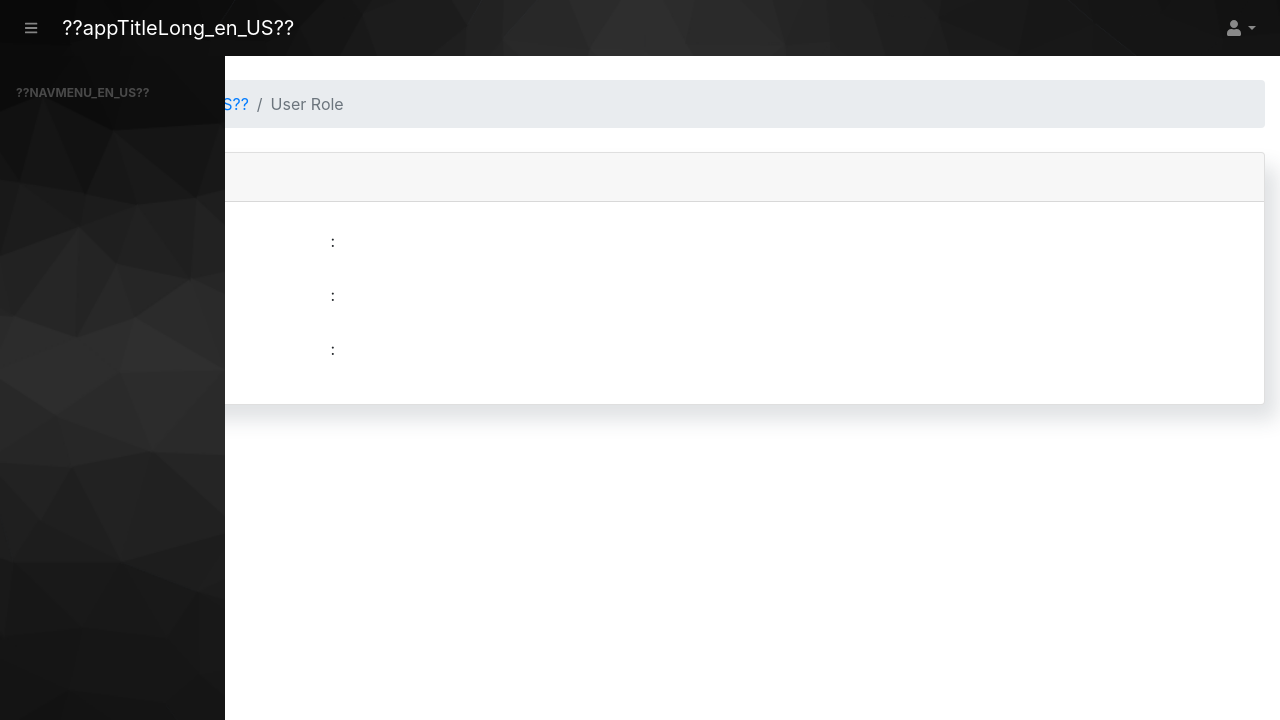
Repository: limaknima/kmy-pdfs
Page: http://localhost/base/admin/userRole/viewUserRole
The author's editor kept a copy of each file at every save. The page is drawn from the files as they stood at one save, then again after the next save.
The browser window is 1280 px wide. The pictures show the whole page.
The page is this project's Thymeleaf template; nobody is signed in. The template is opened directly, without the code that normally fills it, so the values that code supplies are empty.

Above is the page before, as saved 2023-08-02 03:43:33.

### pfc-parent/pfc-web/src/main/resources/templates/base/admin/userRole/viewUserRole.html
<!DOCTYPE html>
<html xmlns:th="http://www.thymeleaf.org">
<head>
<title>PFC - View Role</title>
<link rel="icon" type="image/ico" th:href="@{/static/favicon.ico}">
<link rel="stylesheet" type="text/css" th:href="@{/css/styles.css}" />
<link rel="stylesheet" href="https://stackpath.bootstrapcdn.com/bootstrap/4.1.3/css/bootstrap.min.css">

<script src="https://cdnjs.cloudflare.com/ajax/libs/font-awesome/5.15.1/js/all.min.js"></script>
<script src="https://code.jquery.com/jquery-3.5.1.min.js"></script>
<script src="https://cdn.jsdelivr.net/npm/bootstrap@4.5.3/dist/js/bootstrap.bundle.min.js"></script>

</head>
<body class="sb-nav-fixed">
	<div th:replace="/header :: navBar"></div>
	<div id="layoutSidenav">
		<div th:replace="/header :: sideNavBar"></div>
		<div id="layoutSidenav_content">
			<main>
				<div class="container-fluid" id="content">
					<br />
					<ol class="breadcrumb mb-4">
						<li class="breadcrumb-item active" ><a th:href="@{/}"><i class="fa fa-home"></i></a></li>
						<li class="breadcrumb-item active" ><a th:href="@{/menu/adminMenu}"><span th:text="#{menuAdmin}"></span></a></li>
						<li class="breadcrumb-item active" >User Role</li>
					</ol>
					<form>
						<div class="card">
							<div class="card-header">
								View User Role Form
							</div>
							<div class="card-body">

								<div class="form-group row">
									<label class="col-sm-3 col-form-label">Role ID</label>
									<label class="col-form-label">:</label>
									<div class="row col-sm-6">
										<div class="col">
											<p class="form-control-plaintext" id="roleId" th:text="${roleId}"> </p>
										</div>
									</div>
								</div>

								<div class="form-group row">
									<label class="col-sm-3 col-form-label">Role Name</label>
									<label class="col-form-label">:</label>
									<div class="row col-sm-6">
										<div class="col">
											<p class="form-control-plaintext" id="roleName" th:text="${roleName}"> </p>
										</div>
									</div>
								</div>

								<div class="form-group row">
									<label class="col-sm-3 col-form-label">Description</label>
									<label class="col-form-label">:</label>
									<div class="row col-sm-8">
										<div class="col">
											<p class="form-control-plaintext" id="roleDesc" th:text="${roleDesc}"> </p>
										</div>
									</div>
								</div>
							</div>
						</div>

						<div class="form-group row" th:if="${createdInfo}">
							<div class="row col-sm-12">
								<div class="col">
									<a style="float: left;" th:text="${createdInfo}"></a> <a
										style="float: right; margin-right: -30px;"
										th:text="${modifiedInfo}"></a>
								</div>
							</div>
						</div>

						<div class="form-group row col-sm-3">
							<a class="btn btn-primary"style="margin-right: 5px; width: 90px;"
								th:href="@{/base/admin/userRole/editUserRole(roleId=${roleId})}">
									Edit</a>
							<a type="button" class="btn btn-primary" th:href="@{/base/admin/userRole/listUserRole}" style="width: 90px;">
								Cancel</a>
						</div>
					</form>
				</div>
			</main>
		</div>
	</div>

	<script type="text/javascript">
	</script>
	<script type="text/javascript" src="../../../js/scripts.js"></script>

</body>
</html>

### pfc-parent/pfc-web/src/main/resources/templates/header.html
<html xmlns:th="http://www.thymeleaf.org">

<!----- Header Start ------>
<head th:fragment="header">
    <title>PFC</title>
	<link rel="icon" type="image/ico" th:href="@{/static/favicon.ico}">
    <link rel="stylesheet" type="text/css" th:href="@{/css/styles.css}" />
    <link rel="stylesheet" href="https://stackpath.bootstrapcdn.com/bootstrap/4.1.3/css/bootstrap.min.css">
    <link rel="stylesheet" type="text/css" href="//cdn.datatables.net/1.10.20/css/dataTables.material.css">
    <script src="https://cdnjs.cloudflare.com/ajax/libs/font-awesome/5.15.1/js/all.min.js"></script>
    <script src="https://ajax.googleapis.com/ajax/libs/jquery/3.5.1/jquery.min.js"></script>
</head>
<!----- Header End ------>


<!----- Top Navigation Bar Start ------>
<nav class="sb-topnav navbar navbar-expand navbar-dark bg-dark background-pic-head" th:fragment="navBar">
    <button class="btn btn-link btn-sm order-1 order-lg-0" id="sidebarToggle">
        <i class="fas fa-bars"></i>
    </button>
    <a class="navbar-brand" th:href="@{/}" th:text="#{appTitleLong}"></a>

    <form class="d-none d-md-inline-block form-inline ml-auto mr-0 mr-md-3 my-2 my-md-0">
        <a class="text-white" th:text="${loggedUser}"></a>
    </form>

    <ul class="navbar-nav ml-auto ml-md-0">
        <li class="nav-item dropdown"><a class="nav-link dropdown-toggle" id="userDropdown" href="#" role="button"
                data-toggle="dropdown" aria-haspopup="true" aria-expanded="false"><i class="fas fa-user fa-fw"></i></a>
            <div class="dropdown-menu dropdown-menu-right" aria-labelledby="userDropdown">
            <a class="dropdown-item" th:href="@{/base/tray/myTask}" th:if="${M101}" th:text="#{menuTask}"></a>
                <a class="dropdown-item" th:href="@{/base/tray/notificationList}" th:if="${M102}" th:text="#{menuNotification}"></a>
                <a class="dropdown-item" th:href="@{/base/tray/myProfile}" th:if="${M103}" th:text="#{menuMyProfile}"></a>
                <div class="dropdown-divider"></div>
                <form th:action="@{/logout}" method="post">
					<button class="btn dropdown-item" type="submit" th:text="#{btnLogout}"></button>
				</form>
            </div>
        </li>
    </ul>
</nav>
<!----- Top Navigation Bar End ------>


<!----- Side Navigation Bar Start ------>
<div id="layoutSidenav_nav" th:fragment="sideNavBar">
    <nav class="sb-sidenav accordion sb-sidenav-dark background-pic-side" id="sidenavAccordion">
        <div class="sb-sidenav-menu">
            <div class="nav">
                <div class="sb-sidenav-menu-heading" th:text="#{navMenu}"></div>
                 <a class="nav-link" th:href="@{/menu/prodFileMenu}" th:if="${M1200}">
                    <div class="sb-nav-link-icon">
                        <i class="fas fa-folder-open"></i>
                    </div> <span th:text="#{menuProdFile}"></span>
                </a>
                <a class="nav-link" th:href="@{/menu/regulationMenu}" th:if="${M200}">
                    <div class="sb-nav-link-icon">
                        <i class="fas fa-folder-open"></i>
                    </div> <span th:text="#{menuReg}"></span>
                </a>
                <a class="nav-link" th:href="@{/menu/rawMaterialMenu}" th:if="${M300}">
                    <div class="sb-nav-link-icon">
                        <i class="far fa-file-alt"></i>
                    </div> <span th:text="#{menuRM}"></span>
                </a>
                <a class="nav-link" th:href="@{/menu/recipeMenu}" th:if="${M400}">
                    <div class="sb-nav-link-icon">
                        <i class="fa fa-book"></i>
                    </div> <span th:text="#{menuPR}"></span>
                </a>
                <a class="nav-link" th:href="@{/menu/permissibilityMenu}" th:if="${M500}">
                    <div class="sb-nav-link-icon">
                        <i class="far fa-calendar-check"></i>
                    </div> <span th:text="#{menuFinalPerm}"></span>
                </a>
                <a class="nav-link" th:href="@{/menu/letterMenu}" th:if="${M1100}">
                    <div class="sb-nav-link-icon">
                        <i class="far fa-envelope-open"></i>
                    </div> <span th:text="#{menuLetter}"></span>
                </a>
                <a class="nav-link" th:href="@{/menu/reportMenu}" th:if="${M600}">
                    <div class="sb-nav-link-icon">
                        <i class="fas fa-print"></i>
                    </div> <span th:text="#{menuReport}"></span>
                </a>
                <a class="nav-link" th:href="@{/menu/adminMenu}" th:if="${M700}">
                    <div class="sb-nav-link-icon">
                        <i class="far fa-address-book"></i>
                    </div> <span th:text="#{menuAdmin}"></span>
                </a>
                <a class="nav-link" th:href="@{/menu/maintenanceMenu}" th:if="${M800}">
                    <div class="sb-nav-link-icon">
                        <i class="fa fa-cog"></i>
                    </div> <span th:text="#{menuMaint}"></span>
                </a>
                <a class="nav-link" th:href="@{/menu/activityMenu}" th:if="${M900}">
                    <div class="sb-nav-link-icon">
                        <i class="fas fa-chart-line"></i>
                    </div> <span th:text="#{menuActLog}"></span>
                </a>
            </div>
        </div>
    </nav>
</div>
<!----- Side Navigation Bar End ------>

<!----- Footer Start ------>
<div th:fragment="footer">
    <script src="https://code.jquery.com/jquery-3.5.1.slim.min.js"></script>
    <script type="text/javascript" src="../../js/scripts.js"></script>
    <script src="https://cdn.jsdelivr.net/npm/bootstrap@4.5.3/dist/js/bootstrap.bundle.min.js"></script>
    <script src="https://cdnjs.cloudflare.com/ajax/libs/Chart.js/2.8.0/Chart.min.js"></script>
    <script src="https://cdn.datatables.net/1.10.20/js/jquery.dataTables.min.js"></script>
    <script src="https://cdn.datatables.net/1.10.20/js/dataTables.bootstrap4.min.js"></script>
</div>
<!----- Footer End ------>

</html>

Loaded but not shown: pfc-parent/pfc-web/src/main/resources/static/js/scripts.js (316 lines, source omitted); pfc-parent/pfc-web/src/main/resources/static/css/styles.css (3868 lines, source omitted)

After the next save:
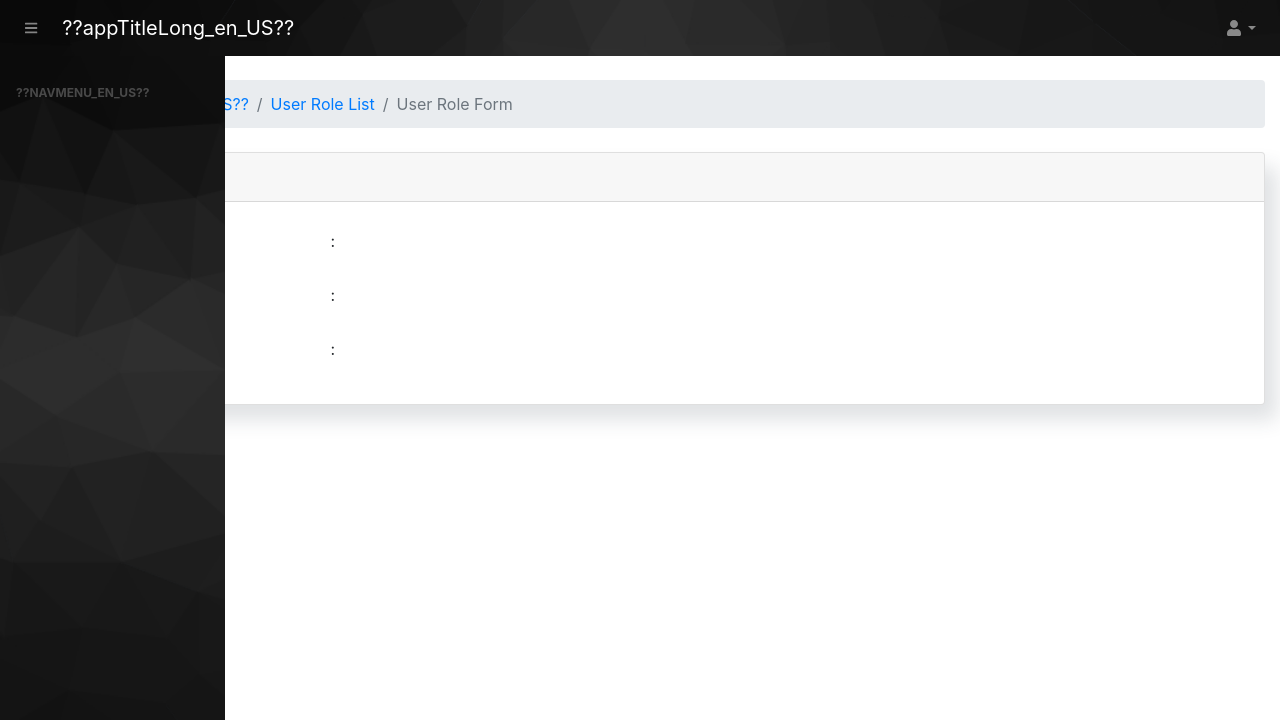
Saved 15 s later.
--- a/pfc-parent/pfc-web/src/main/resources/templates/base/admin/userRole/viewUserRole.html
+++ b/pfc-parent/pfc-web/src/main/resources/templates/base/admin/userRole/viewUserRole.html
@@ -22,7 +22,8 @@
 					<ol class="breadcrumb mb-4">
 						<li class="breadcrumb-item active" ><a th:href="@{/}"><i class="fa fa-home"></i></a></li>
 						<li class="breadcrumb-item active" ><a th:href="@{/menu/adminMenu}"><span th:text="#{menuAdmin}"></span></a></li>
-						<li class="breadcrumb-item active" >User Role</li>
+						<li class="breadcrumb-item active" ><a th:href="@{/base/admin/userRole/listUserRole}">User Role List</a></li>
+						<li class="breadcrumb-item active" >User Role Form</li>
 					</ol>
 					<form>
 						<div class="card">
